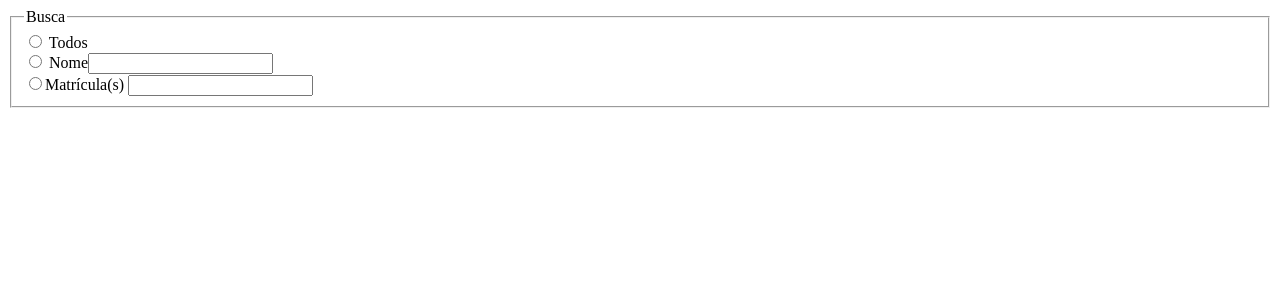
Repository: vandradesa/JavaWeb
Page: javaweb curso/Web2/src/main/webapp/index.html
The author's editor kept a copy of each file at every save. The page is drawn from the files as they stood at one save, then again after the next save.
The browser window is 1280 px wide. The pictures show the whole page.

Above is the page before, as saved 2023-03-01 23:04:01.

After the next save:
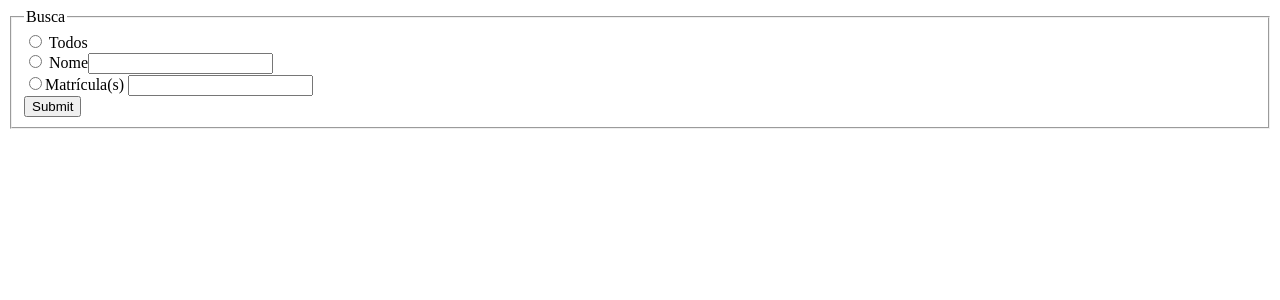
Saved 97 s later.
--- a/javaweb curso/Web2/src/main/webapp/index.html
+++ b/javaweb curso/Web2/src/main/webapp/index.html
@@ -23,6 +23,11 @@
 		<input type="radio" id="matriculaop" name="busca" value="matricula"/><label for="matriculaop" >Matrícula(s)</label> <input type="text" id="matricula" name="matricula">
 
 		</div>
+
+		<div>
+			<input type="submit" />
+
+		</div>
 		</fieldset>
 		</form>
 
